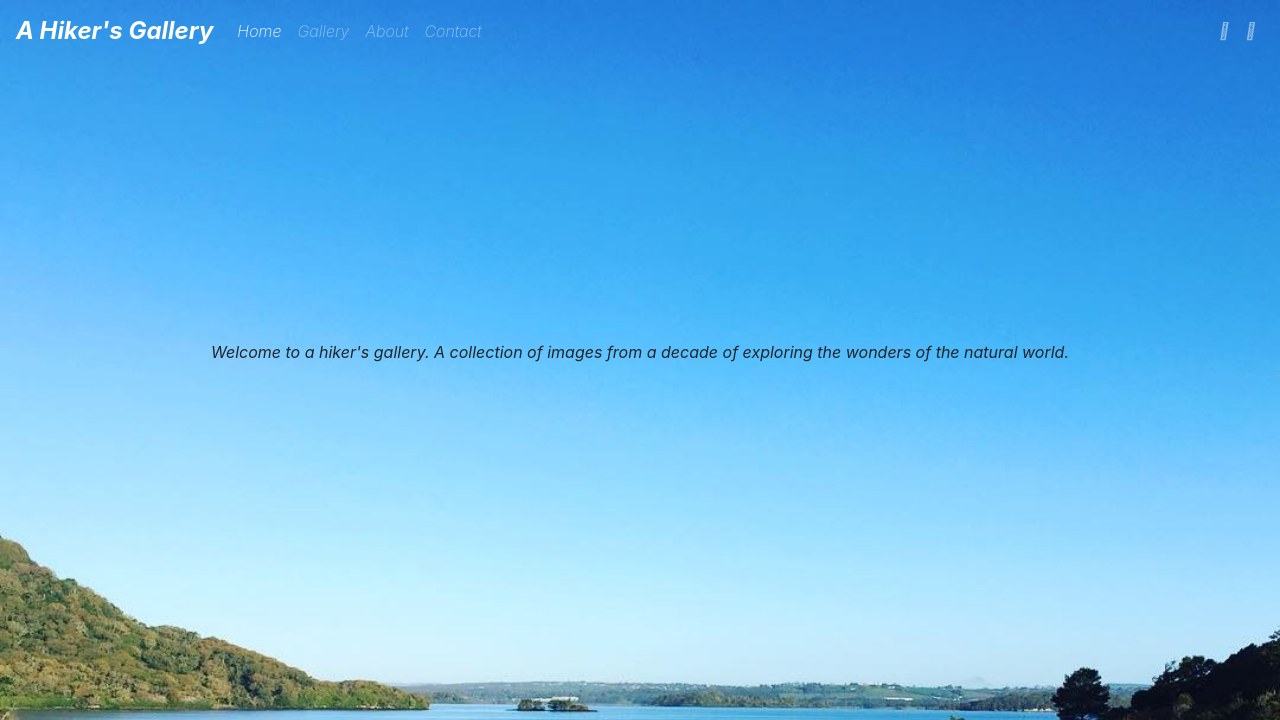
Repository: S-Perring/hiker
Page: index.html
The author's editor kept a record of every edit. The page is drawn from the files as they stood at one moment, then again after the next edit.
The browser window is 1280 px wide. The pictures show the whole page.

Above is the page before.

After the next edit:
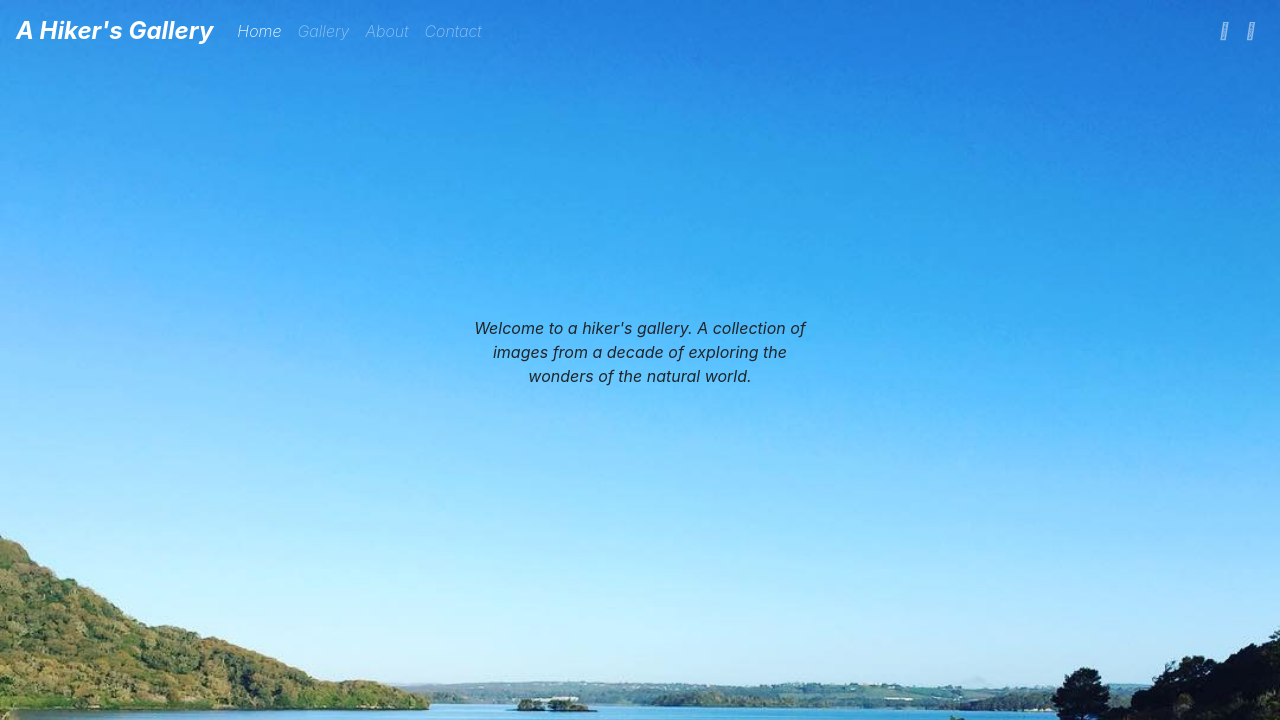
The edit:
--- a/css/style.css
+++ b/css/style.css
@@ -47,3 +47,7 @@
     font-style: italic;
     background-color: rgba(255, 255, 128, .5);
 }
+
+p {
+    padding: 30%;
+}
